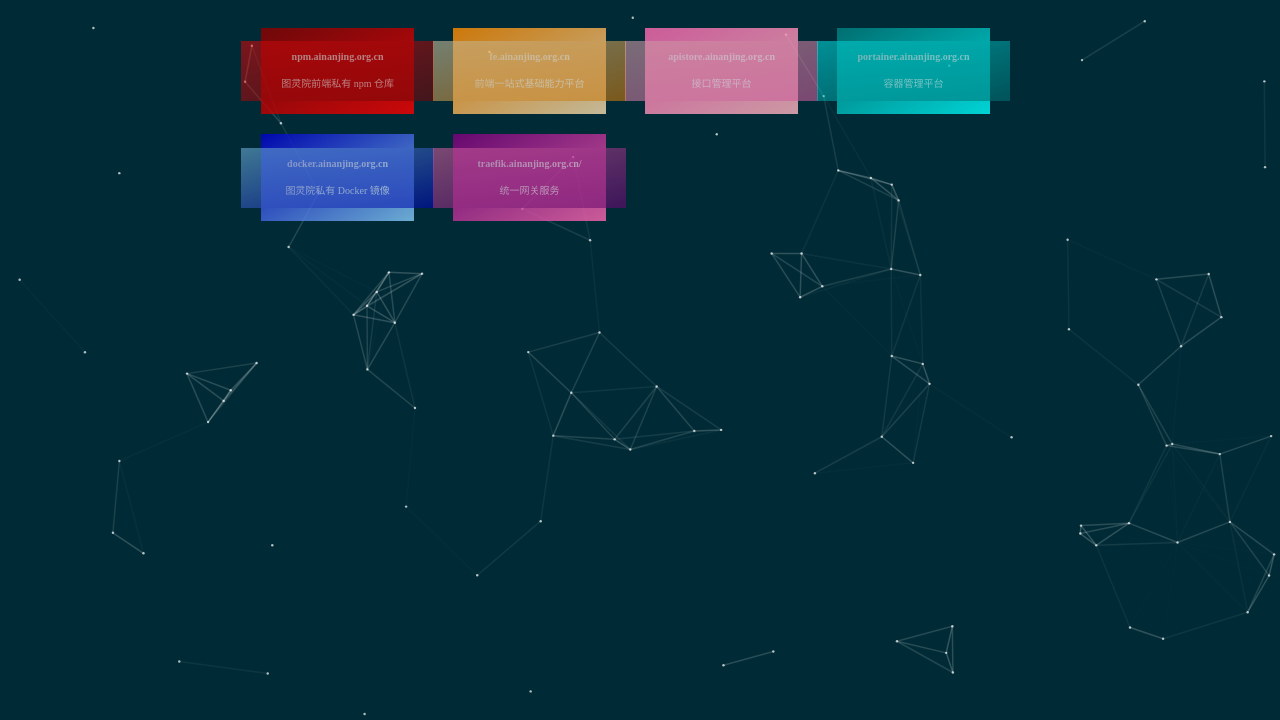
Repository: heweiwei1/portainer
Page: index.html
These files come from the project's save history. The page is drawn as it stood at one moment and after the next save; the edit follows.
The browser window is 1280 px wide. The pictures show the whole page.

Above is the page before, as saved 2021-04-14 13:52:49.

After the next save:
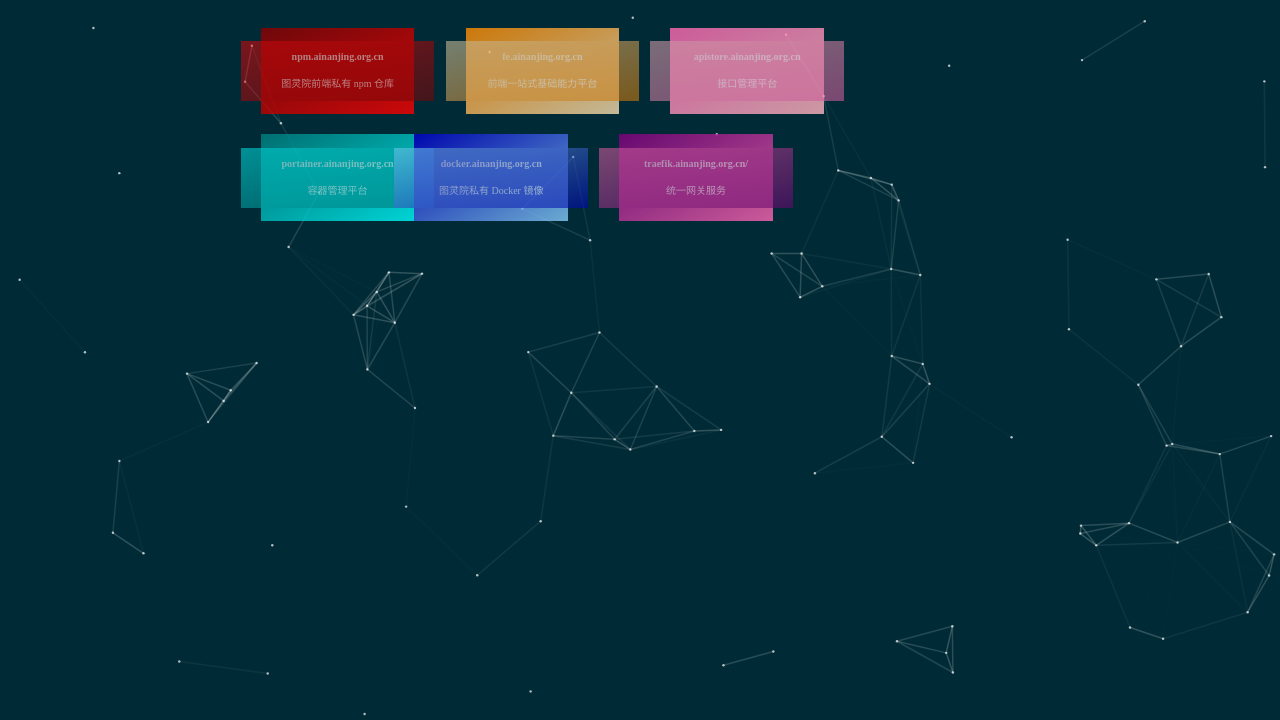
Saved 57 s later.
--- a/index.css
+++ b/index.css
@@ -21,7 +21,7 @@
   font-size: 10px;
 }
 .demo a:not(:nth-child(4n)){
-  margin-right: 3vw;
+  margin-right: 4vw;
 }
 .trans {
   position:absolute;

After the save that followed:
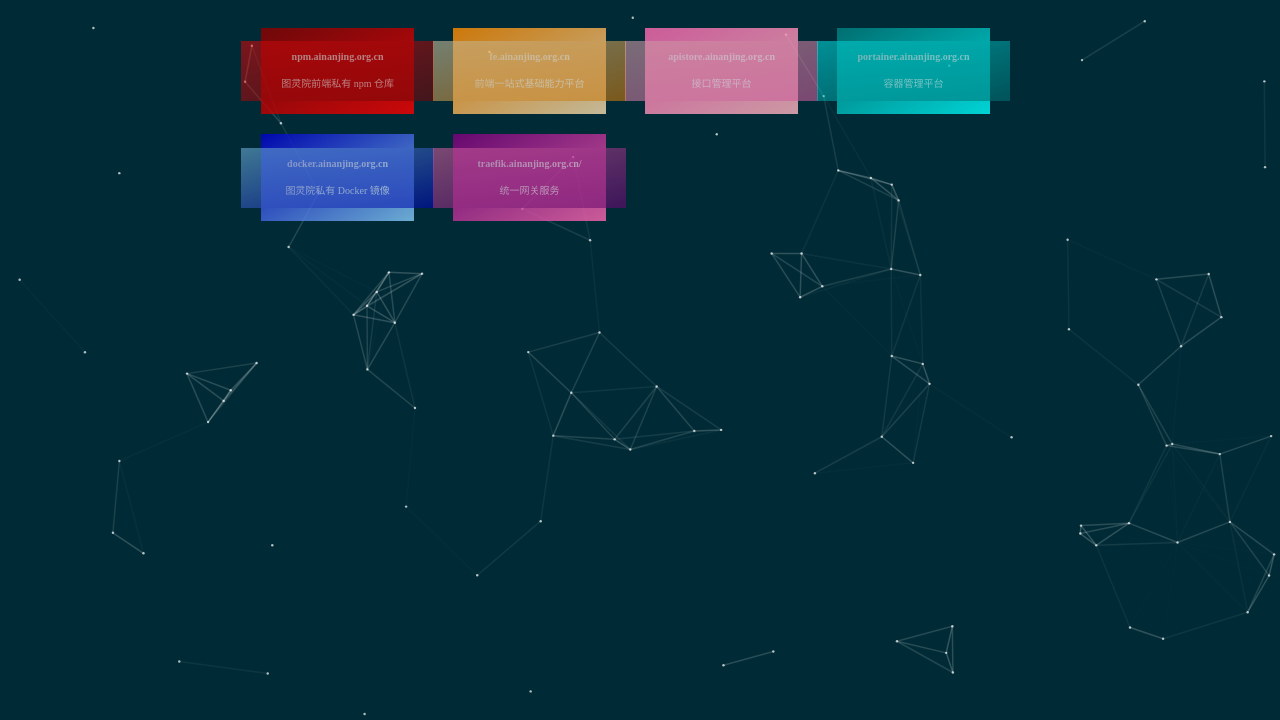
Saved 8 s later.
--- a/index.css
+++ b/index.css
@@ -21,7 +21,7 @@
   font-size: 10px;
 }
 .demo a:not(:nth-child(4n)){
-  margin-right: 4vw;
+  margin-right: 3vw;
 }
 .trans {
   position:absolute;
